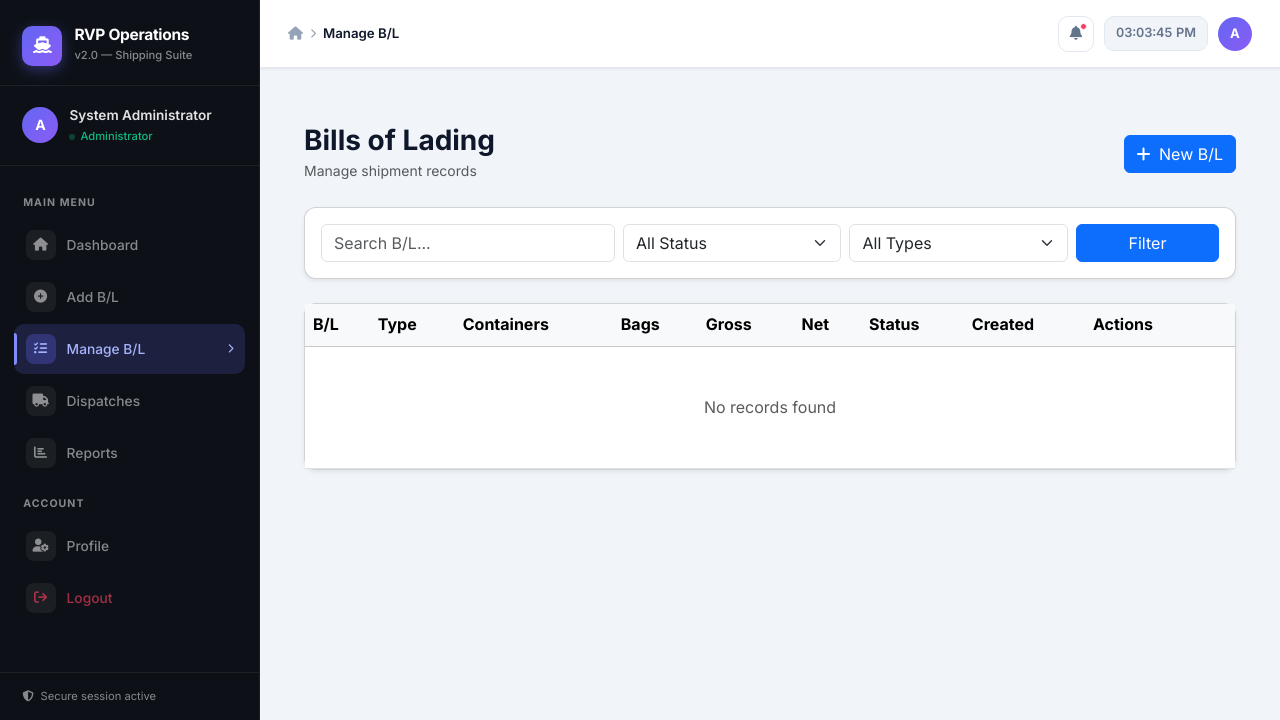
Repository: senteu254/logistics
Page: http://localhost/manage-bl.php
The author's editor kept a copy of each file at every save. The page is drawn from the files as they stood at one save, then again after the next save.
The browser window is 1280 px wide. The pictures show the whole page.
The page is run by PHP 8.4 with error messages shown; the project is at /var/www/html/. The session is filled in as if someone had signed in: {"user_id": 1, "username": "admin", "full_name": "System Administrator"}. Other server files are loaded and not shown. The database holds what the project's SQL file puts in it. Queries for data that is not in the repository find no rows.

Above is the page before, as saved 2026-05-14 15:33:40.

### manage-bl.php
<?php

ini_set('display_errors', 1);
error_reporting(E_ALL);

require_once 'config/database.php';

$page_title = 'Manage B/L';

/*
|--------------------------------------------------------------------------
| DELETE RECORD
|--------------------------------------------------------------------------
*/
if (isset($_POST['delete_id'])) {

    $stmt = $pdo->prepare("DELETE FROM bills_of_lading WHERE id = ?");
    $stmt->execute([(int)$_POST['delete_id']]);

    header('Location: manage-bl.php?deleted=1');
    exit();
}

/*
|--------------------------------------------------------------------------
| UPDATE STATUS
|--------------------------------------------------------------------------
*/
if (isset($_POST['status_id']) && isset($_POST['new_status'])) {

    $allowedStatuses = ['active','draft','completed'];

    if (in_array($_POST['new_status'], $allowedStatuses)) {

        $stmt = $pdo->prepare("
            UPDATE bills_of_lading
            SET status = ?
            WHERE id = ?
        ");

        $stmt->execute([
            $_POST['new_status'],
            (int)$_POST['status_id']
        ]);

        header('Location: manage-bl.php?updated=1');
        exit();
    }
}

/*
|--------------------------------------------------------------------------
| FILTERS
|--------------------------------------------------------------------------
*/
$search   = trim($_GET['search'] ?? '');
$status_f = trim($_GET['status'] ?? '');
$type_f   = trim($_GET['bl_type'] ?? '');

$perPage = 10;
$page    = max(1, (int)($_GET['page'] ?? 1));
$offset  = ($page - 1) * $perPage;

$where  = ['1=1'];
$params = [];

if ($search) {
    $where[] = "(b.bl_number LIKE ? OR b.item_description LIKE ?)";
    $params[] = "%{$search}%";
    $params[] = "%{$search}%";
}

if ($status_f) {
    $where[] = "b.status = ?";
    $params[] = $status_f;
}

if ($type_f) {
    $where[] = "b.bl_type = ?";
    $params[] = $type_f;
}

$whereSQL = implode(' AND ', $where);

/*
|--------------------------------------------------------------------------
| FETCH DATA
|--------------------------------------------------------------------------
*/
$stmt = $pdo->prepare("
    SELECT
        b.*,
        COUNT(i.id) AS containers,
        COALESCE(SUM(i.number_of_bags),0) AS total_bags,
        COALESCE(SUM(i.gross_weight),0) AS total_gw,
        COALESCE(SUM(i.net_weight),0) AS total_nw
    FROM bills_of_lading b
    LEFT JOIN bl_items i ON b.id = i.bl_id
    WHERE {$whereSQL}
    GROUP BY b.id
    ORDER BY b.created_at DESC
    LIMIT {$perPage} OFFSET {$offset}
");

$stmt->execute($params);
$bills = $stmt->fetchAll(PDO::FETCH_ASSOC);

require_once 'includes/header.php';
?>

<style>
.card { border-radius: 12px; }
.table td, .table th { vertical-align: middle; }

/* Mobile switch */
@media (max-width: 768px) {
    .bl-table { display: none; }
}
@media (min-width: 769px) {
    .bl-card { display: none; }
}

/* Cards */
.bl-item {
    border: 1px solid #eee;
    border-radius: 12px;
    padding: 16px;
    margin-bottom: 15px;
    background: #fff;
}
.bl-meta { font-size: 13px; color: #6c757d; }
</style>

<div class="container-fluid py-4">

    <!-- HEADER -->
    <div class="d-flex flex-wrap justify-content-between align-items-center mb-4 gap-2">

        <div>
            <h3 class="fw-bold mb-0">Bills of Lading</h3>
            <small class="text-muted">Manage shipment records</small>
        </div>

        <a href="add-bl.php" class="btn btn-primary">
            <i class="fas fa-plus me-1"></i> New B/L
        </a>

    </div>

    <!-- ALERTS -->
    <?php if (isset($_GET['deleted'])): ?>
        <div class="alert alert-danger">Deleted successfully</div>
    <?php endif; ?>

    <?php if (isset($_GET['updated'])): ?>
        <div class="alert alert-success">Status updated</div>
    <?php endif; ?>

    <!-- FILTERS -->
    <div class="card shadow-sm mb-4">
        <div class="card-body">

            <form method="GET" class="row g-2">

                <div class="col-lg-4 col-md-6">
                    <input type="text" name="search" class="form-control"
                        placeholder="Search B/L..."
                        value="<?= htmlspecialchars($search); ?>">
                </div>

                <div class="col-lg-3 col-md-6">
                    <select name="status" class="form-select">
                        <option value="">All Status</option>
                        <option value="active" <?= $status_f=='active'?'selected':'' ?>>Active</option>
                        <option value="draft" <?= $status_f=='draft'?'selected':'' ?>>Draft</option>
                        <option value="completed" <?= $status_f=='completed'?'selected':'' ?>>Completed</option>
                    </select>
                </div>

                <div class="col-lg-3 col-md-6">
                    <select name="bl_type" class="form-select">
                        <option value="">All Types</option>
                        <option value="TBL" <?= $type_f=='TBL'?'selected':'' ?>>TBL</option>
                        <option value="Non-TBL" <?= $type_f=='Non-TBL'?'selected':'' ?>>Non-TBL</option>
                    </select>
                </div>

                <div class="col-lg-2 col-md-6 d-grid">
                    <button class="btn btn-primary">Filter</button>
                </div>

            </form>

        </div>
    </div>

    <!-- DESKTOP TABLE -->
    <div class="card shadow-sm bl-table">
        <div class="table-responsive">

            <table class="table table-hover mb-0">

                <thead class="table-light">
                    <tr>
                        <th>B/L</th>
                        <th>Type</th>
                        <th>Containers</th>
                        <th>Bags</th>
                        <th>Gross</th>
                        <th>Net</th>
                        <th>Status</th>
                        <th>Created</th>
                        <th width="150">Actions</th>
                    </tr>
                </thead>

                <tbody>

                <?php if (empty($bills)): ?>
                    <tr>
                        <td colspan="9" class="text-center py-5 text-muted">
                            No records found
                        </td>
                    </tr>
                <?php endif; ?>

                <?php foreach ($bills as $bl): ?>

                <tr>

                    <td>
                        <a href="view-bl.php?id=<?= $bl['id']; ?>" class="fw-bold text-decoration-none">
                            <?= htmlspecialchars($bl['bl_number']); ?>
                        </a>
                    </td>

                    <td><span class="badge bg-primary"><?= $bl['bl_type']; ?></span></td>

                    <td><?= number_format($bl['containers']); ?></td>
                    <td><?= number_format($bl['total_bags']); ?></td>
                    <td><?= number_format($bl['total_gw'],2); ?></td>
                    <td><?= number_format($bl['total_nw'],2); ?></td>

                    <td>
                        <form method="POST">
                            <input type="hidden" name="status_id" value="<?= $bl['id']; ?>">
                            <select name="new_status" class="form-select form-select-sm" onchange="this.form.submit()">
                                <option value="active" <?= $bl['status']=='active'?'selected':'' ?>>Active</option>
                                <option value="draft" <?= $bl['status']=='draft'?'selected':'' ?>>Draft</option>
                                <option value="completed" <?= $bl['status']=='completed'?'selected':'' ?>>Completed</option>
                            </select>
                        </form>
                    </td>

                    <td><?= date('M d, Y', strtotime($bl['created_at'])); ?></td>

                    <td>
                        <div class="d-flex gap-1">

                            <a href="view-bl.php?id=<?= $bl['id']; ?>" class="btn btn-sm btn-outline-primary">
                                <i class="fas fa-eye"></i>
                            </a>

                            <a href="edit-bl.php?id=<?= $bl['id']; ?>" class="btn btn-sm btn-outline-dark">
                                <i class="fas fa-edit"></i>
                            </a>

                            <form method="POST">
                                <input type="hidden" name="delete_id" value="<?= $bl['id']; ?>">
                                <button class="btn btn-sm btn-outline-danger"
                                    onclick="return confirm('Delete this B/L?')">
                                    <i class="fas fa-trash"></i>
                                </button>
                            </form>

                        </div>
                    </td>

                </tr>

                <?php endforeach; ?>

                </tbody>

            </table>

        </div>
    </div>

    <!-- MOBILE CARDS -->
    <div class="bl-card">

        <?php foreach ($bills as $bl): ?>

        <div class="bl-item">

            <div class="d-flex justify-content-between">

                <div>
                    <strong><?= htmlspecialchars($bl['bl_number']); ?></strong>
                    <div class="bl-meta"><?= htmlspecialchars($bl['item_description']); ?></div>
                </div>

                <span class="badge bg-primary"><?= $bl['bl_type']; ?></span>

            </div>

            <hr>

            <div class="row">

                <div class="col-6"><small>Containers</small><br><?= $bl['containers']; ?></div>
                <div class="col-6"><small>Bags</small><br><?= $bl['total_bags']; ?></div>
                <div class="col-6 mt-2"><small>Gross</small><br><?= $bl['total_gw']; ?></div>
                <div class="col-6 mt-2"><small>Net</small><br><?= $bl['total_nw']; ?></div>

            </div>

            <hr>

            <div class="d-flex justify-content-between align-items-center">

                <small class="text-muted">
                    <?= date('M d, Y', strtotime($bl['created_at'])); ?>
                </small>

                <div class="d-flex gap-2">

                    <a href="view-bl.php?id=<?= $bl['id']; ?>" class="btn btn-sm btn-outline-primary">
                        <i class="fas fa-eye"></i>
                    </a>

                    <a href="edit-bl.php?id=<?= $bl['id']; ?>" class="btn btn-sm btn-outline-dark">
                        <i class="fas fa-edit"></i>
                    </a>

                </div>

            </div>

        </div>

        <?php endforeach; ?>

    </div>

</div>

<?php require_once 'includes/footer.php'; ?>

### config/database.php
<?php
define('BASE_URL', '/rvp-logistics/'); // Change 'bl' to your folder name
$host     = 'localhost';
$dbname   = 'bill_of_lading';
$db_user  = 'root';   // Change to your MySQL username
$db_pass  = 'schlumberger';       // Change to your MySQL password

try {
    $pdo = new PDO(
        "mysql:host=$host;dbname=$dbname;charset=utf8",
        $db_user,
        $db_pass,
        [
            PDO::ATTR_ERRMODE            => PDO::ERRMODE_EXCEPTION,
            PDO::ATTR_DEFAULT_FETCH_MODE => PDO::FETCH_ASSOC,
            PDO::ATTR_EMULATE_PREPARES   => false,
        ]
    );
} catch (PDOException $e) {
    die(json_encode(['error' => 'DB Connection failed: ' . $e->getMessage()]));
}

if (session_status() === PHP_SESSION_NONE) {
    session_start();
}
?>

### includes/footer.php
        </div><!-- /page-content -->
    </div><!-- /main-wrap -->
</div><!-- /app-wrap -->

<script src="https://cdn.jsdelivr.net/npm/bootstrap@5.3.2/dist/js/bootstrap.bundle.min.js"></script>

<script>
'use strict';

/* ── Sidebar ── */
function toggleSidebar() {
    document.getElementById('sidebar').classList.toggle('open');
    document.getElementById('sbBackdrop').classList.toggle('show');
}
function closeSidebar() {
    document.getElementById('sidebar').classList.remove('open');
    document.getElementById('sbBackdrop').classList.remove('show');
}

/* ── Clock ── */
(function clock() {
    const el = document.getElementById('navClock');
    if (!el) return;
    function tick() {
        el.textContent = new Date().toLocaleTimeString([], {
            hour: '2-digit', minute: '2-digit', second: '2-digit'
        });
    }
    tick();
    setInterval(tick, 1000);
})();

/* ── Row slide-out animation ── */
document.head.insertAdjacentHTML('beforeend', `
<style>
@keyframes rowOut {
    to {
        opacity: 0;
        transform: translateY(-8px);
        max-height: 0;
        padding: 0;
        margin: 0;
        overflow: hidden;
    }
}
</style>`);

/* ══════════════════════════════════════
   ADD / EDIT B/L — Dynamic Rows
══════════════════════════════════════ */
let rowCount = 0;

function addItemRow() {
    rowCount++;
    const wrap = document.getElementById('rowsWrap');
    if (!wrap) return;

    const div = document.createElement('div');
    div.className = 'item-row';
    div.id = `row-${rowCount}`;

    div.innerHTML = `
        <div class="row-head">
            <div class="row-num">
                <div class="row-num-badge">${rowCount}</div>
                <span>Container Row #${rowCount}</span>
            </div>
            ${rowCount > 1 ? `
            <button type="button" class="btn-remove" onclick="removeRow('row-${rowCount}')">
                <i class="fas fa-trash-can"></i> Remove
            </button>` : ''}
        </div>

        <div class="row g-3">

            <!-- Container Number -->
            <div class="col-xl-4 col-md-6 col-12">
                <label class="f-label">
                    Container No. <span class="req">*</span>
                </label>
                <input
                    type="text"
                    name="container_number[]"
                    class="f-input"
                    placeholder="e.g. MSCU1234567"
                    required
                    oninput="this.value = this.value.toUpperCase()"
                >
            </div>

            <!-- Agent Seal -->
            <div class="col-xl-4 col-md-6 col-12">
                <label class="f-label">Agent Seal No.</label>
                <input
                    type="text"
                    name="agent_seal_number[]"
                    class="f-input"
                    placeholder="e.g. AS-00123"
                >
            </div>

            <!-- Number of Bags -->
            <div class="col-xl-4 col-md-6 col-12">
                <label class="f-label">
                    No. of Bags <span class="req">*</span>
                </label>
                <input
                    type="number"
                    name="number_of_bags[]"
                    class="f-input"
                    placeholder="e.g. 500"
                    min="1"
                    required
                    oninput="calcTotals()"
                >
            </div>

            <!-- SGS Seal -->
            <div class="col-xl-4 col-md-6 col-12">
                <label class="f-label">SGS Seal No.</label>
                <input
                    type="text"
                    name="sgs_seal_number[]"
                    class="f-input"
                    placeholder="e.g. SGS-00456"
                >
            </div>

            <!-- Gross Weight MT -->
            <div class="col-xl-4 col-md-6 col-12">
                <label class="f-label">
                    Gross Weight <span class="req">*</span>
                </label>
                <div class="input-unit-wrap">
                    <input
                        type="number"
                        name="gross_weight[]"
                        class="f-input"
                        placeholder="e.g. 25.500"
                        step="0.001"
                        min="0"
                        required
                        oninput="calcTotals()"
                    >
                    <span class="input-unit-badge">MT</span>
                </div>
            </div>

            <!-- Net Weight MT -->
            <div class="col-xl-4 col-md-6 col-12">
                <label class="f-label">
                    Net Weight <span class="req">*</span>
                </label>
                <div class="input-unit-wrap">
                    <input
                        type="number"
                        name="net_weight[]"
                        class="f-input"
                        placeholder="e.g. 25.000"
                        step="0.001"
                        min="0"
                        required
                        oninput="calcTotals()"
                    >
                    <span class="input-unit-badge">MT</span>
                </div>
            </div>

        </div>
    `;

    wrap.appendChild(div);
    calcTotals();
    reNumber();
    div.scrollIntoView({ behavior: 'smooth', block: 'nearest' });
}

function removeRow(id) {
    const row = document.getElementById(id);
    if (!row) return;
    row.style.animation = 'rowOut 0.25s ease forwards';
    setTimeout(() => {
        row.remove();
        calcTotals();
        reNumber();
    }, 240);
}

function reNumber() {
    document.querySelectorAll('.item-row').forEach((r, i) => {
        const badge = r.querySelector('.row-num-badge');
        const span  = r.querySelector('.row-num span');
        if (badge) badge.textContent = i + 1;
        if (span)  span.textContent  = `Container Row #${i + 1}`;
    });
}

function calcTotals() {
    let bags = 0, gross = 0, net = 0;

    document.querySelectorAll('input[name="number_of_bags[]"]').forEach(el => bags  += parseInt(el.value)   || 0);
    document.querySelectorAll('input[name="gross_weight[]"]').forEach(el   => gross += parseFloat(el.value) || 0);
    document.querySelectorAll('input[name="net_weight[]"]').forEach(el     => net   += parseFloat(el.value) || 0);

    const fmt = n => n.toLocaleString('en-US', {
        minimumFractionDigits: 3,
        maximumFractionDigits: 3
    });

    const setEl = (id, v) => {
        const el = document.getElementById(id);
        if (el) el.textContent = v;
    };

    setEl('tRows',  document.querySelectorAll('.item-row').length);
    setEl('tBags',  bags.toLocaleString());
    setEl('tGross', fmt(gross) + ' MT');
    setEl('tNet',   fmt(net)   + ' MT');
}

/* ── Init ── */
document.addEventListener('DOMContentLoaded', () => {
    if (document.getElementById('rowsWrap')) {
        // Only auto-add row on add-bl.php, not edit-bl.php
        // edit-bl.php handles its own population
        if (!window._editMode) {
            addItemRow();
        }
    }
});
</script>
</body>
</html>

### bill_of_lading.sql (the tables this page reads)
CREATE TABLE `dispatches` (
  `id` int(11) NOT NULL AUTO_INCREMENT,
  `bl_id` int(11) NOT NULL,
  `bl_item_id` int(11) NOT NULL,
  `transporter_name` varchar(150) NOT NULL,
  `truck_number` varchar(50) NOT NULL,
  `clearing_agent_dnote` varchar(100) DEFAULT NULL,
  `transporter_dnote` varchar(100) DEFAULT NULL,
  `destination` varchar(200) NOT NULL,
  `status` enum('transit','received','rejected') DEFAULT 'transit',
  `dispatched_by` int(11) DEFAULT NULL,
  `dispatched_at` timestamp NOT NULL DEFAULT CURRENT_TIMESTAMP,
  `received_at` timestamp NULL DEFAULT NULL,
  `received_by` int(11) DEFAULT NULL,
  `rejection_reason` text,
  `notes` text,
  `redirected_destination` varchar(200) DEFAULT NULL,
  `redirected_at` timestamp NULL DEFAULT NULL,
  `redirect_count` int(11) DEFAULT '0',
  PRIMARY KEY (`id`),
  KEY `bl_id` (`bl_id`),
  KEY `bl_item_id` (`bl_item_id`),
  KEY `dispatched_by` (`dispatched_by`),
  KEY `received_by` (`received_by`),
  CONSTRAINT `dispatches_ibfk_1` FOREIGN KEY (`bl_id`) REFERENCES `bills_of_lading` (`id`) ON DELETE CASCADE,
  CONSTRAINT `dispatches_ibfk_2` FOREIGN KEY (`bl_item_id`) REFERENCES `bl_items` (`id`) ON DELETE CASCADE,
  CONSTRAINT `dispatches_ibfk_3` FOREIGN KEY (`dispatched_by`) REFERENCES `users` (`id`) ON DELETE SET NULL,
  CONSTRAINT `dispatches_ibfk_4` FOREIGN KEY (`received_by`) REFERENCES `users` (`id`) ON DELETE SET NULL
) ENGINE=InnoDB AUTO_INCREMENT=3 DEFAULT CHARSET=latin1;

INSERT INTO `dispatches` VALUES (1,3,6,'Toprise','KDG 123A',NULL,NULL,'Unga','received',1,'2026-05-13 11:41:35','2026-05-13 12:06:18',1,NULL,NULL,NULL,NULL,0),(2,4,12,'TOPRISE','KBS860W/ZA8418','124123','3777','UNGA FARM CARE','received',1,'2026-05-13 12:17:59','2026-05-13 12:19:09',1,NULL,NULL,NULL,NULL,0);

Loaded but not shown: includes/header.php (1002 lines, source omitted)

After the next save:
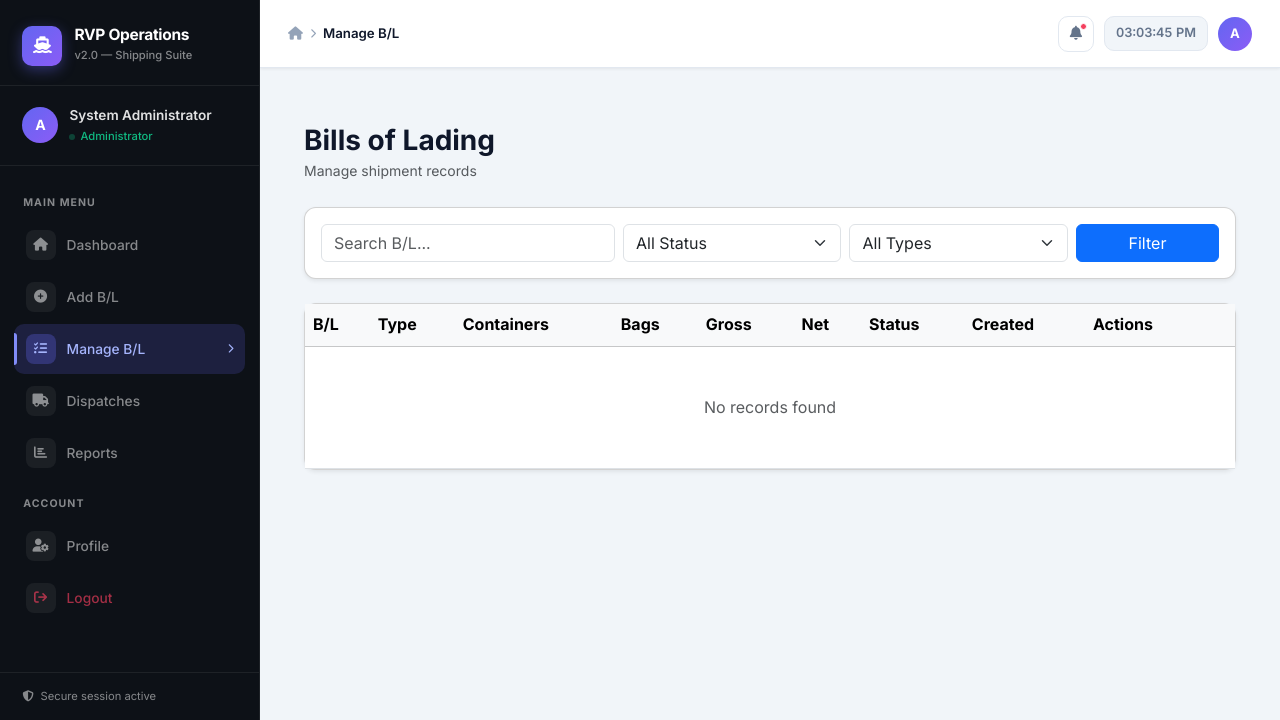
Saved 18 min 14 s later.
--- a/manage-bl.php
+++ b/manage-bl.php
@@ -141,9 +141,9 @@ require_once 'includes/header.php';
             <small class="text-muted">Manage shipment records</small>
         </div>
 
-        <a href="add-bl.php" class="btn btn-primary">
+        <!-- <a href="add-bl.php" class="btn btn-primary">
             <i class="fas fa-plus me-1"></i> New B/L
-        </a>
+        </a> -->
 
     </div>
 
